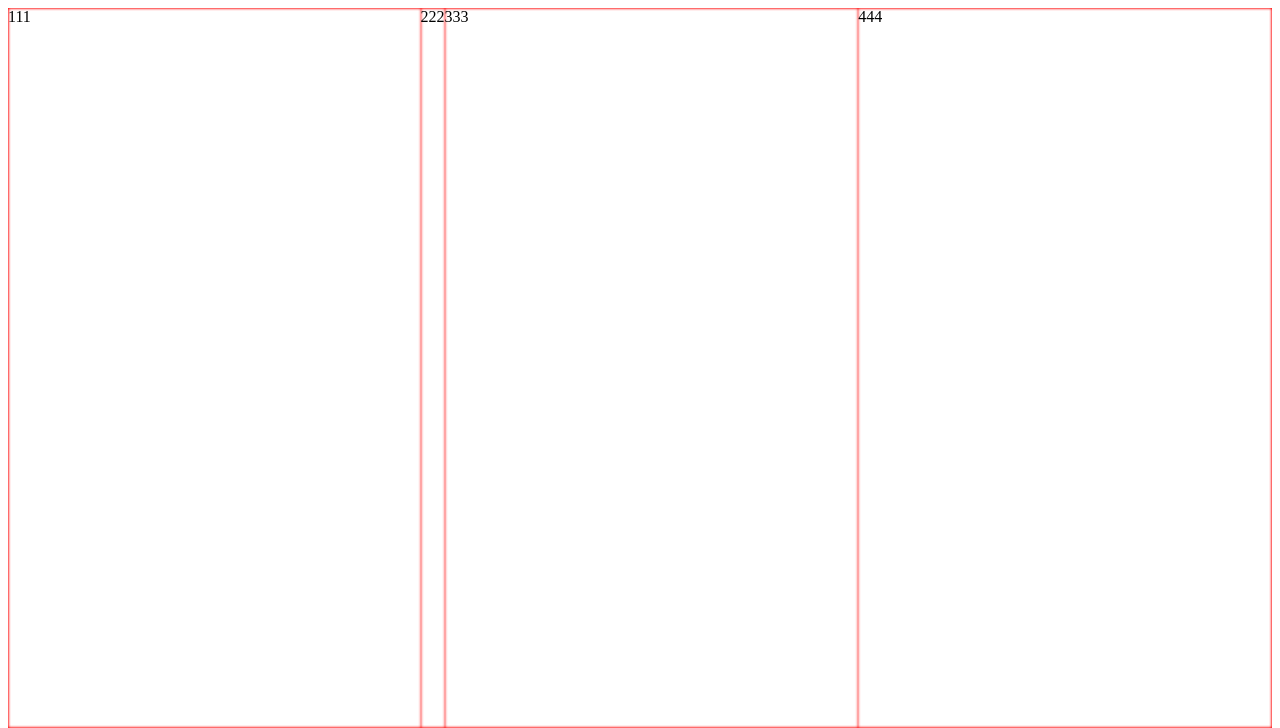
Repository: Joamg/Joamg.github.io
Page: miao/oald-layout-flex.html
An editor plug-in stored every save of this project. The page is shown before and after the next save, followed by the edit.
The browser window is 1280 px wide. The pictures show the whole page.

Above is the page before, as saved 2021-05-27 20:17:23.

### miao/oald-layout-flex.html
<!DOCTYPE html>
<html lang="en">
<head>
  <meta charset="UTF-8">
  <meta http-equiv="X-UA-Compatible" content="IE=edge">
  <meta name="viewport" content="width=device-width, initial-scale=1.0">
  <title>Document</title>

  <style>
  * {
    height: 100%;
  }
  body {
    box-shadow: inset  0 0 3px red;
  }
  section {
    xheight: 100%;
    display: flex;
    xwidth: 100px;
    xflex-wrap: wrap;
  }
  div {
    display: flex;
    box-shadow: inset  0 0 3px red;
  }
  [a], [c], [d]{
    flex-grow: 1;
  }
  </style>
</head>
<body>
  <section>
    <div a>111</div>
    <div b>222</div>
    <div c>333</div>
    <div d>444</div>
  </section>

</body>
</html>

After the next save:
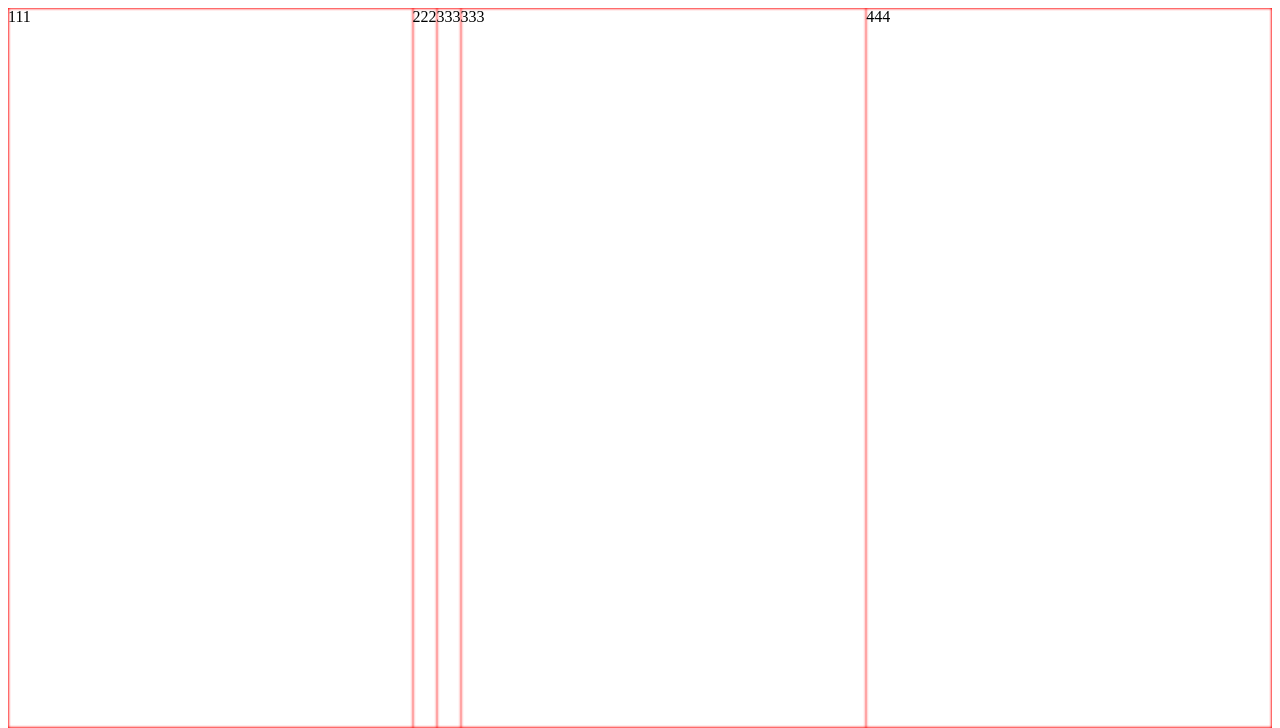
Saved 38 s later.
--- a/miao/oald-layout-flex.html
+++ b/miao/oald-layout-flex.html
@@ -23,7 +23,7 @@
     display: flex;
     box-shadow: inset  0 0 3px red;
   }
-  [a], [c], [d]{
+  [a], [e], [d]{
     flex-grow: 1;
   }
   </style>
@@ -31,9 +31,13 @@
 <body>
   <section>
     <div a>111</div>
-    <div b>222</div>
-    <div c>333</div>
-    <div d>444</div>
+    <section>
+      <div b>222</div>
+      <div c>333</div>
+    </section>
+
+    <div d>333</div>
+    <div e>444</div>
   </section>
 
 </body>
